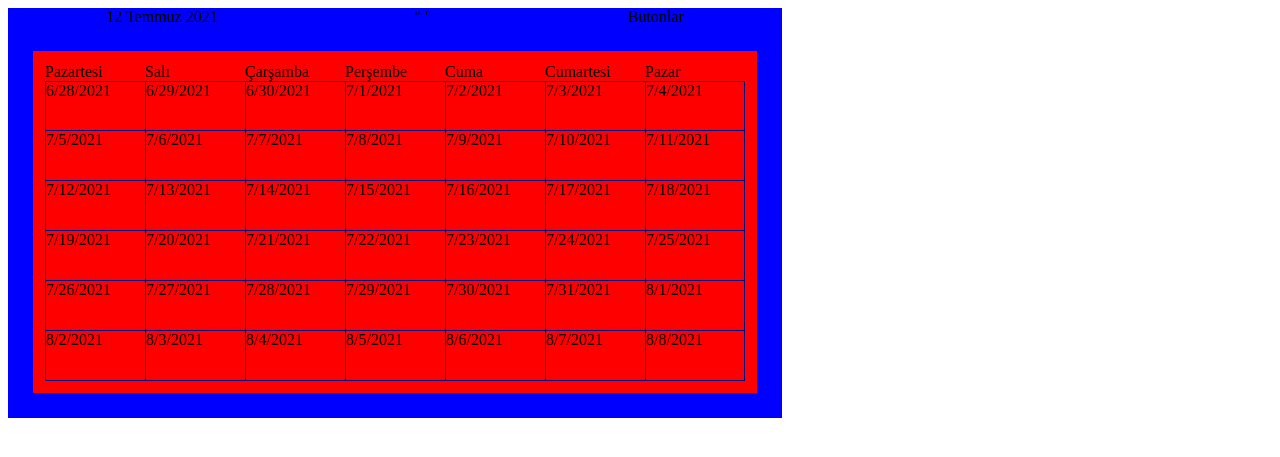
Repository: ahmetbugraozcan/javascript-calendar
Page: tablo.html
An editor plug-in stored every save of this project. The page is shown before and after the next save, followed by the edit.
The browser window is 1280 px wide. The pictures show the whole page.

Above is the page before, as saved 2021-07-13 09:54:56.

After the next save:
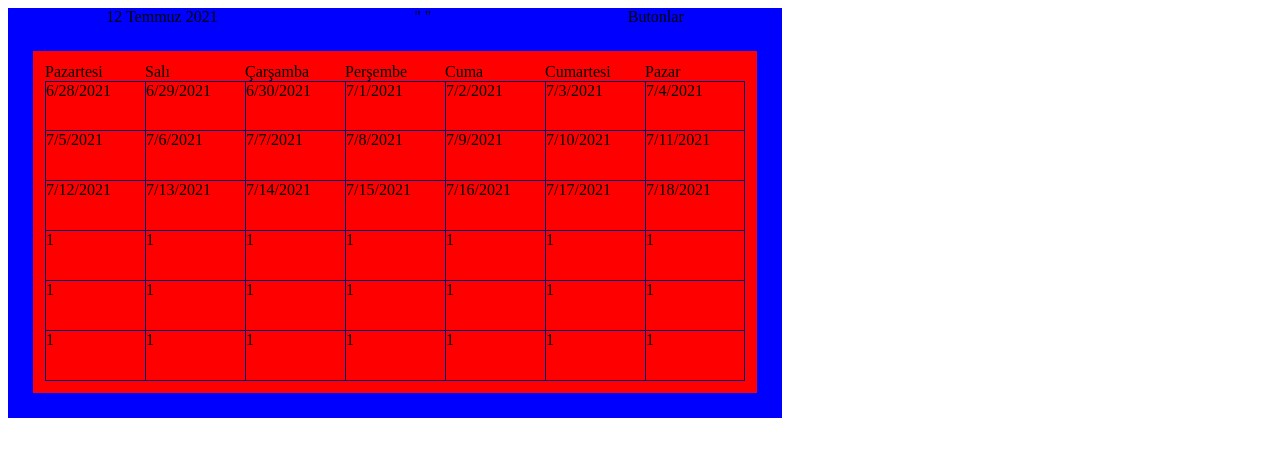
Console error: ReferenceError: white is not defined
Saved 49 s later.
--- a/tablo.html
+++ b/tablo.html
@@ -210,6 +210,7 @@
             }
             else if(sali[i] == currentDate.toLocaleDateString()){
                 console.log("Bugün sali");
+                document.getElementById(`sali${i}`).style.backgroundColor = white;
             }
             else if(carsamba[i] == currentDate.toLocaleDateString()){
                 console.log("Bugün carsamba");

After the save that followed:
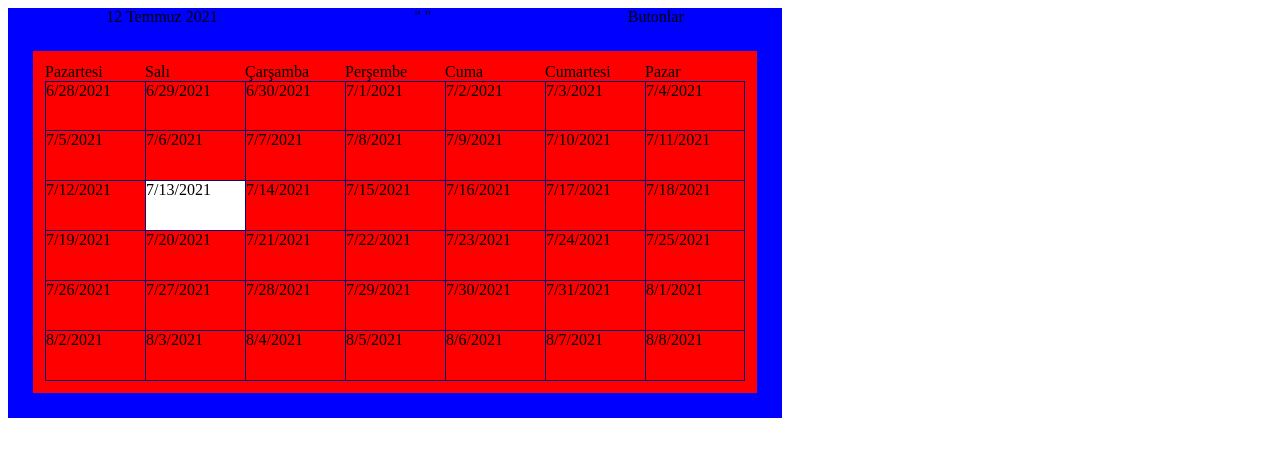
The error is gone.
Saved 21 s later.
--- a/tablo.html
+++ b/tablo.html
@@ -210,7 +210,7 @@
             }
             else if(sali[i] == currentDate.toLocaleDateString()){
                 console.log("Bugün sali");
-                document.getElementById(`sali${i}`).style.backgroundColor = white;
+                document.getElementById(`sali${i}`).style.backgroundColor = "white";
             }
             else if(carsamba[i] == currentDate.toLocaleDateString()){
                 console.log("Bugün carsamba");
